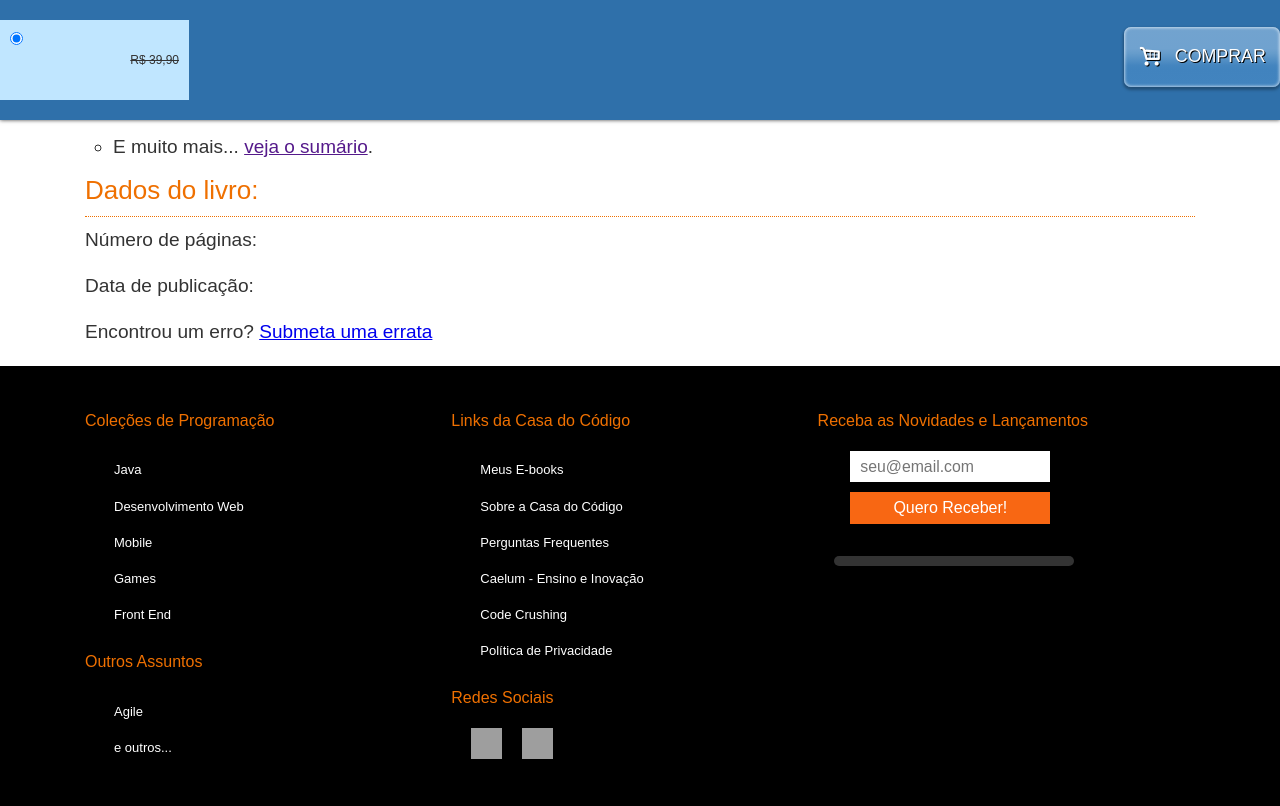
Repository: BrunoMreis/Spring-MVC-I-Criando-aplica-es-web
Page: http://localhost/casadocodigo/WEB-INF/views/produtos/detalhes.jsp
These files come from the project's save history. The page is drawn as it stood at one moment and after the next save; the edit follows.
The browser window is 1280 px wide. The pictures show the part of the page from y = 606 to 1412 px (the page is 1412 px tall before and 1406 px after).
Pictures or frames that could not be fetched are drawn as grey boxes. Some web fonts or font styles are not loaded; a fallback is used. The page is served by Tomcat 9. Nobody is signed in. Other server files are loaded and not shown. The template is opened directly, without the code that normally fills it, so the values that code supplies are empty.

Above is the page before, as saved 2020-08-18 12:24:20.

### casadocodigo/src/main/webapp/WEB-INF/views/produtos/detalhes.jsp
<%@ page language="java" contentType="text/html; charset=UTF-8" pageEncoding="UTF-8"%>


<!DOCTYPE html>
<html>

<head>
<c:url value="/" var="contextPath" />
<meta charset="utf-8" />
<meta http-equiv="X-UA-Compatible" content="IE=edge,chrome=1" />
<meta name="viewport"
	content="width=device-width, initial-scale=1, maximum-scale=1" />
<link rel="icon"
	href="//cdn.shopify.com/s/files/1/0155/7645/t/177/assets/favicon.ico?11981592617154272979"
	type="image/ico" />
<link href="https://plus.googlecom/108540024862647200608"
	rel="publisher" />

<title>Livros de Java, SOA, Android, iPhone, Ruby on Rails e
	muito mais - Casa do Código</title>

<link href="${contextPath}resources/css/cssbase-min.css"
	rel="stylesheet" type="text/css" media="all" />
<link href='http://fonts.googleapis.com/css?family=Droid+Sans:400,700'
	rel='stylesheet' />
<link href="${contextPath}resources/css/fonts.css" rel="stylesheet"
	type="text/css" media="all" />
<link href="${contextPath}resources/css/fontello-ie7.css"
	rel="stylesheet" type="text/css" media="all" />
<link href="${contextPath}resources/css/fontello-embedded.css"
	rel="stylesheet" type="text/css" media="all" />
<link href="${contextPath}resources/css/fontello.css" rel="stylesheet"
	type="text/css" media="all" />
<link href="${contextPath}resources/css/style.css" rel="stylesheet"
	type="text/css" media="all" />
<link href="${contextPath}resources/css/layout-colors.css"
	rel="stylesheet" type="text/css" media="all" />
<link href="${contextPath}resources/css/responsive-style.css"
	rel="stylesheet" type="text/css" media="all" />
<link href="${contextPath}resources/css/guia-do-programador-style.css"
	rel="stylesheet" type="text/css" media="all" />
<link href="${contextPath}resources/css/produtos.css" rel="stylesheet"
	type="text/css" media="all" />
<link rel="canonical" href="http://www.casadocodigo.com.br/" />
</head>

<body>

	<header id="layout-header">
		<div class="clearfix container">
			<a href="/" id="logo"> </a>
			<div id="header-content">
				<nav id="main-nav">

					<ul class="clearfix">
						<li><a href="/cart" rel="nofollow">Carrinho</a></li>
						<li><a href="/pages/sobre-a-casa-do-codigo" rel="nofollow">Sobre
								Nós</a></li>
						<li><a href="/pages/perguntas-frequentes" rel="nofollow">Perguntas
								Frequentes</a></li>
					</ul>
				</nav>
			</div>
		</div>
	</header>
	<nav class="categories-nav">
		<ul class="container">
			<li class="category"><a href="http://www.casadocodigo.com.br">Home</a></li>
			<li class="category"><a href="/collections/livros-de-agile">
					Agile </a></li>
			<li class="category"><a href="/collections/livros-de-front-end">
					Front End </a></li>
			<li class="category"><a href="/collections/livros-de-games">
					Games </a></li>
			<li class="category"><a href="/collections/livros-de-java">
					Java </a></li>
			<li class="category"><a href="/collections/livros-de-mobile">
					Mobile </a></li>
			<li class="category"><a
				href="/collections/livros-desenvolvimento-web"> Web </a></li>
			<li class="category"><a href="/collections/outros"> Outros </a></li>
		</ul>
	</nav>

	<article id="livro-css-eficiente">
		<header id="product-highlight" class="clearfix">
			<div id="product-overview" class="container">
				<img width="280px" height="395px"
					src="http://cdn.shopify.com/s/files/1/0155/7645/products/css-eficiente-featured_large.png?v=1435245145"
					class="product-featured-image" />
				<h1 class="product-title">${produto.titulo}</h1>
				<p class="product-author">
					<span class="product-author-link"> </span>
				</p>
				<p class="book-description">${produto.descricao }</p>
			</div>
		</header>

		<section class="buy-options clearfix">
			<form:form action="/carrinho/add" method="post" class="container">
				<input type="hidden" value="${produto.id}" name="produtoId">
				<ul id="variants" class="clearfix">


				 	<c:forEach items="${produto.precos}" var="preco" >
						<li class="buy-option">
							<input type="radio" name="tipoPreco"
							class="variant-radio" id="tipoPreco" value="${preco.tipo}"
							checked="checked" />
							<label class="variant-label">${preco.tipo}</label>
							<small class="compare-at-price">R$ 39,90</small>
							<p class="variant-price">${preco.valor}</p>
						</li>
					</c:forEach>


				</ul>
				<button type="submit" class="submit-image icon-basket-alt"
					title="Compre Agora AQUI ${preco.titulo}"></button>
			</form:form>
		</section>

		<div class="container">
			<section class="summary">
				<ul>
					<li>
						<h3>
							E muito mais... <a href='${produto.sumarioPath }'>veja o sumário</a>.
						</h3>
					</li>
				</ul>
			</section>

			<section class="data product-detail">
				<h2 class="section-title">Dados do livro:</h2>
				<p>
					Número de páginas: <span>${produto.paginas }</span>
				</p>
				<p></p>
				<p>Data de publicação: ${produto.dataDeLancamento }</p>
				<p>
					Encontrou um erro? <a href='/submissao-errata' target='_blank'>Submeta
						uma errata</a>
				</p>
			</section>
		</div>
	</article>

	<footer id="layout-footer">
		<div class="clearfix container">

			<div id="collections-footer">
				<!-- cdc-footer -->
				<p class="footer-title">Coleções de Programação</p>
				<ul class="footer-text-links">
					<li><a href="/collections/livros-de-java">Java</a></li>
					<li><a href="/collections/livros-desenvolvimento-web">Desenvolvimento
							Web</a></li>
					<li><a href="/collections/livros-de-mobile">Mobile</a></li>
					<li><a href="/collections/games">Games</a></li>
					<li><a href="/collections/livros-de-front-end">Front End</a></li>
				</ul>
				<p class="footer-title">Outros Assuntos</p>
				<ul class="footer-text-links">
					<li><a href="/collections/livros-de-agile">Agile</a></li>
					<li><a href="/collections/outros">e outros...</a></li>
				</ul>
			</div>
			<div id="social-footer">
				<!-- books-footer -->
				<p class="footer-title">Links da Casa do Código</p>
				<ul class="footer-text-links">
					<li><a href="http://livros.casadocodigo.com.br" rel="nofollow">Meus
							E-books</a></li>
					<li><a href="/pages/sobre-a-casa-do-codigo">Sobre a Casa
							do Código</a></li>
					<li><a href="/pages/perguntas-frequentes">Perguntas
							Frequentes</a></li>
					<li><a href="https://www.caelum.com.br">Caelum - Ensino e
							Inovação</a></li>
					<li><a href="http://www.codecrushing.com/" rel="nofollow">Code
							Crushing</a></li>
					<li><a
						href="http://www.casadocodigo.com.br/pages/politica-de-privacidade"
						rel="nofollow">Política de Privacidade</a></li>
				</ul>
				<p class="footer-title">Redes Sociais</p>
				<ul>
					<li class="social-links"><a
						href="http://www.twitter.com/casadocodigo" target="_blank"
						id="twitter" rel="nofollow">Facebook</a> <a
						href="http://www.facebook.com/casadocodigo" target="_blank"
						id="facebook" rel="nofollow">Twitter</a></li>
				</ul>
			</div>
			<div id="newsletter-footer">
				<!-- social-footer -->
				<p class="footer-title">Receba as Novidades e Lançamentos</p>
				<div id="form-newsletter">
					<form action="" method="POST" id="ss-form" class="form-newsletter">
						<ul>
							<li><input type="hidden" name="pageNumber" value="0" /><input
								type="hidden" name="backupCache" value="" /><input type="email"
								name="entry.0.single" value="" class="ss-q-short" id="entry_0"
								placeholder="seu@email.com" /></li>
							<li><input type="submit" name="submit"
								value="Quero Receber!" id="submit-newsletter" /></li>
						</ul>
					</form>
					<ul>
						<li class="ie8"><a href="" rel="nofollow">Receba as
								Novidades e Lançamentos</a></li>
					</ul>
				</div>
				<ul class="footer-payments">
					<li></li>
					<li></li>
				</ul>
			</div>
		</div>
	</footer>
</body>

</html>

### casadocodigo/src/main/webapp/resources/css/fontello.css
@font-face {
  font-family: 'fontello';
  src: url('fontello.eot?3398089');
  src: url('fontello.eot?3398089#iefix') format('embedded-opentype'),
       url('fontello.woff?3398089') format('woff'),
       url('fontello.ttf?3398089') format('truetype'),
       url('fontello.svg?3398089#fontello') format('svg');
  font-weight: normal;
  font-style: normal;
}
/* Chrome hack: SVG is rendered more smooth in Windozze. 100% magic, uncomment if you need it. */
/* Note, that will break hinting! In other OS-es font will be not as sharp as it could be */
/*
@media screen and (-webkit-min-device-pixel-ratio:0) {
  @font-face {
    font-family: 'fontello';
    src: url('../font/fontello.svg?3398089#fontello') format('svg');
  }
}
*/

 [class^="icon-"]:before, [class*=" icon-"]:before {
  font-family: "fontello";
  font-style: normal;
  font-weight: normal;
  speak: none;

  display: inline-block;
  text-decoration: inherit;
  width: 1em;
  margin-right: .2em;
  text-align: center;
  /* opacity: .8; */

  /* For safety - reset parent styles, that can break glyph codes*/
  font-variant: normal;
  text-transform: none;

  /* fix buttons height, for twitter bootstrap */
  line-height: 1em;

  /* Animation center compensation - margins should be symmetric */
  /* remove if not needed */
  margin-left: .2em;

  /* you can be more comfortable with increased icons size */
  /* font-size: 120%; */

  /* Uncomment for 3D effect */
  /* text-shadow: 1px 1px 1px rgba(127, 127, 127, 0.3); */
}

.icon-basket-alt:before { content: '\e800'; } /* '' */

### casadocodigo/src/main/webapp/resources/css/layout-colors.css
html {
  color: #333333;
}

#logo {
  background: url('/casadocodigo/resources/imagens/cdc-logo.svg') no-repeat;
  background-size: 210px 61px;
  background-position: center;
  margin: 0;
  display: block;
  width: 210px;
  height: 66px;
  padding: 11px 0;
}

#layout-header {
  background: #000;
}

#submit-product-newsletter{
  background-color: #000;
}
#main-nav ul li:hover {
  border-bottom: 7px solid #EF7000;
}
#main-nav ul li a:link,
#main-nav ul li a:visited {
  color: #F5F5F5;
}

#main-nav ul li a:hover,
#main-nav ul li a:active {
  color: rgb(220);
}

.categories-nav {
  background-color: #584534;
}
.category > a {
    color: #FFF;
}

.category > a:hover {
    background-color: rgba(255,255,255,0.15); /*LEVE CLAREAMENTO*/
    border-radius: 5px;
}

#home-highlight-collection li a h2 {
  color: #EF7000;
}
#home-highlight-collection li a:hover h2 {
  color: #EF7502;
}

#home-highlight-collection li a small {
  color: #FFF;
  background-color: #FB7B00;
}
#home-highlight-collection li a:hover small {
  background-color: #EF7502;
}

.cdc-call {
  background-color: #FDECD3;
  color: #F07D22;
}

.book-collection li a h2 {
  color: #EF7000;
}

.book-collection li a:hover h2{
    color: #EF7502;
}

.book-collection li a small {
  color: #FFF;
  background: #EF7000;
}

.book-collection li a:hover small{
  background-color: #EF7502;
}

#cdc-diferenciais li h3 {
  color: #EF7000;
}

#submit-newsletter {
  background-color: #F86713;
  color: white;
}

#submit-newsletter:hover {
  background-color: #EF7000;
  color: white;
}

#collection-title {
  background-color: rgba(0,0,0,0.5); /*DROP SHADOW*/
  color: #F58220;
}

#collection li {
  border-bottom: 1px dotted #CCC;
}

.section-title {
  border-bottom: 1px dotted #EF7000;
  color: #EF7000;
}

#layout-footer {
  background: #000;
  color: #FFF;
}

#layout-footer a {
  color: #FFF;
}

.footer-title {
  color: #EF7000;
}

.footer-payments {
  background-color: rgba(255,255,255,0.2);
}

.footer-text-links li a:hover {
  background: rgba(255,255,255,0.3); /*LEVE CLAREAMENTO*/
}

#cart-title {
  border-bottom: 1px dotted #EF7000;
  color: #EF7000;
}

#checkout{
  text-decoration: bold;
  color: #FFF;
  text-shadow: none;/*1px 3px #295408; /*ORIGINAL #A74E00*/
  border: 2px solid #FBBD87;
  background-image: url('//cdn.shopify.com/s/files/1/0155/7645/t/177/assets/carrinho.png?12627631472548691746'), #F4994A; /* Old browsers */
  background-image: url('//cdn.shopify.com/s/files/1/0155/7645/t/177/assets/carrinho.png?12627631472548691746'), -moz-linear-gradient(top, #F4994A 0%, #EF7000 100%); /* FF3.6+ */
  background-image: url('//cdn.shopify.com/s/files/1/0155/7645/t/177/assets/carrinho.png?12627631472548691746'), -webkit-gradient(linear, left top, left bottom, color-stop(0%,#F4994A), color-stop(100%,#EF7000)); /* Chrome,Safari4+ */
  background-image: url('//cdn.shopify.com/s/files/1/0155/7645/t/177/assets/carrinho.png?12627631472548691746'), -webkit-linear-gradient(top, #F4994A 0%,#EF7000 100%); /* Chrome10+,Safari5.1+ */
  background-image: url('//cdn.shopify.com/s/files/1/0155/7645/t/177/assets/carrinho.png?12627631472548691746'), -o-linear-gradient(top, #F4994A 0%,#EF7000 100%); /* Opera 11.10+ */
  background-image: url('//cdn.shopify.com/s/files/1/0155/7645/t/177/assets/carrinho.png?12627631472548691746'), -ms-linear-gradient(top, #F4994A 0%,#EF7000 100%); /* IE10+ */
  background-image: url('//cdn.shopify.com/s/files/1/0155/7645/t/177/assets/carrinho.png?12627631472548691746'), linear-gradient(to bottom, #F4994A 0%,#EF7000 100%); /* W3C */
  filter: progid:DXImageTransform.Microsoft.gradient( startColorstr='#F4994A', endColorstr='#EF7000',GradientType=0 ); /* IE6-9 */
}

#customer-area a:link,
#customer-area a:visited {
  color: rgb(204,153,0); /*ORIGINAL #CC9900*/
}

#customer-area a:hover {
  color: rgb(255,204,51); /*ORIGINAL #FFCC33*/
  text-shadow: 0 0 2px rgb(255,204,51); /*ORIGINAL #FFCC33*/
}

#customer-area a:active {
  color: rgb(255,204,51); /*ORIGINAL #FFCC33*/
  text-shadow: 0 0 3px rgb(255,255,102);
}

#collection li a small {
  background: rgb(245,245,245);
}

#collection li a h3 {
  color: rgb(239,112,0);
}

#collection li a:link,
#collection li a:visited {
  color: rgb(51,51,51);
}

#collection li a:hover,
#collection li a:active {
  background: rgb(245,245,245);
}

#collection li a:hover small,
#collection li a:active small {
  background: rgb(239,112,0);
  color: rgb(255,255,255);
}

#collection li a:hover p,
#collection li a:active p {
  color: rgb(102,102,102);
}

#buying-instructions {
  background-color:#f9e8d9;
}

#cart-table thead {
  background: rgb(220,220,220);
}

#cart-table tr {
  border-bottom: #CCC 1px solid;
}

.item-price-col,
.line-price-col {
  background: rgb(245,245,245);
}

.update-cart {
  color: white;
}

#search-title {
  border-bottom: 1px dotted rgb(239,112,0);
  color: rgb(239,112,0);
}

#search-input {
  border: 1px solid rgb(153,153,153);
}

#search-input:focus {
  border: 1px solid rgb(255,255,102);
  box-shadow: 0 0 3px rgb(255,204,51);
}

@media only screen and (max-width: 768px) {
  #main-nav ul li {
    background: #000; /*ORIGINAL #000000*/
  }

  #main-nav ul li a:link,
  #main-nav ul li a:visited {
    /*color: #FFFFFF; /*CRIADO  */
  }
}

### casadocodigo/src/main/webapp/resources/css/guia-do-programador-style.css




#product-highlight {
  color: #2F70AA;
}

.product-title {
  text-shadow: -1px -1px #21527F,
               1px 1px rgb(255,255,255);
}

.product-author span {
  color: #2F70AA;
}

.buy-options {
  background: #2F70AA;
}

.buy-option {
  background: #C0E6FF;
}

.variant-price {
  color: #2F70AA;
}

.frete {
  color: #2F70AA;
}

.submit-image {
    background: #6da1cd; /* Old browsers */
    background: -moz-linear-gradient(top, #6da1cd 0%, #72a3cf 2%, #70a2cf 36%, #669ccb 44%, #4485bf 64%, #4183be 70%, #4284bf 100%); /* FF3.6+ */
    background: -webkit-gradient(linear, left top, left bottom, color-stop(0%,#6da1cd), color-stop(2%,#72a3cf), color-stop(36%,#70a2cf), color-stop(44%,#669ccb), color-stop(64%,#4485bf), color-stop(70%,#4183be), color-stop(100%,#4284bf)); /* Chrome,Safari4+ */
    background: -webkit-linear-gradient(top, #6da1cd 0%,#72a3cf 2%,#70a2cf 36%,#669ccb 44%,#4485bf 64%,#4183be 70%,#4284bf 100%); /* Chrome10+,Safari5.1+ */
    background: -o-linear-gradient(top, #6da1cd 0%,#72a3cf 2%,#70a2cf 36%,#669ccb 44%,#4485bf 64%,#4183be 70%,#4284bf 100%); /* Opera 11.10+ */
    background: -ms-linear-gradient(top, #6da1cd 0%,#72a3cf 2%,#70a2cf 36%,#669ccb 44%,#4485bf 64%,#4183be 70%,#4284bf 100%); /* IE10+ */
    background: linear-gradient(to bottom, #6da1cd 0%,#72a3cf 2%,#70a2cf 36%,#669ccb 44%,#4485bf 64%,#4183be 70%,#4284bf 100%); /* W3C */
    filter: progid:DXImageTransform.Microsoft.gradient( startColorstr='#6da1cd', endColorstr='#4284bf',GradientType=0 ); /* IE6-9 */
}

### casadocodigo/src/main/webapp/resources/css/produtos.css

/* Product */
#product-highlight {
  padding: 30px 0;
  background: url(//cdn.shopify.com/s/files/1/0155/7645/t/177/assets/tx.jpg?3271957760590208736);

}

.product-featured-image {
  box-shadow: 0 4px 10px -4px rgba(0,0,0,.75);
  float: left;
  margin-right: 30px;
  width: 280px;
}

.product-title {
  font: bold 50px "Museo", Sans-serif;
  margin: 0;
}

.product-author {
  font: 22px "Museo", Sans-serif;
  text-shadow: 1px 1px rgb(255,255,255);
}

.beta-book {
    font-style:italic;
}

.book-description {
    white-space: pre-line;
    color: #000;
}

/* Prices Area */

.buy-options {
  box-shadow: 0 0 4px rgba(0,0,0,.75);
  text-align: center;
}

.buy-options h2{
  color: black;
}

.form-product-unavailable input{
  text-align: center;
}

#form-product-newsletter {
  margin-top: -1%;
}

#form-product-newsletter input{
  width: 69%;
  padding: 1% 0%;
  border:0;
  max-width: 200px;
  font-family: 'Droid Sans', Arial, sans-serif;
  border:0;
}

#form-product-newsletter input + input{
  margin-left: 2%;
}

#submit-product-newsletter{
  padding: 10px 5px;
  color: white;
  font-size: 16px;
  width: 70%;
  max-width: 200px;
  margin-top: 10px;
  margin-bottom: 10px;
  font-family: 'Droid Sans', Arial, sans-serif;
}

#variants {
  float: left;
  display: inline-block;
  margin: 0 20px 0 0;
  padding: 0;
  list-style: none;
}

.variant-radio {
  margin-right: 5px;
}

.variant-label {
  font-weight: bold;
  font-size:130%;
}

.compare-at-price{
	display: block;
	position: absolute;
	bottom: 32px;
	right: 10px;
	font-size: 9pt;
	text-decoration: line-through;
}

.variant-price{
	font: bold 147% "Museo",Sans-serif;
	margin: 0px;
	right:10px;
	bottom:10px;
	position: absolute;
	clear: right;
}

.frete{
  font-size:10px;
}

.buy-option{
    display: inline-block;
    text-align: left;
    position: relative;
    height: 60px;
    margin: 20px 0px 20px 20px;
    width: 169px;
    padding: 10px;
    vertical-align: middle;
}

.buy-option:first-child{
    margin: 20px 0;
}

.submit-image{
    border:0;
    font-size: 1.37em;
    cursor: pointer;
    display: inline-block;
    padding: 1em .5em;
    float: right;
    text-transform: uppercase;
    margin-top: 27px;
    margin-bottom: 27px;
    font-family: inherit;
    border-radius: 7px;
    color: white;
    box-shadow: 0px 2px 3px 1px rgba(0, 0, 0, 0.3), inset 0px 0px 3px 1px rgba(255,255,255,0.6);
    text-shadow: 1px 1px 0px black;
}

.submit-image:before {
    margin-right: .5em;
    font-size: 1.4em;
    vertical-align: middle;
}

.submit-image:after {
    content: "Comprar";
    margin-right: 0.3em;
    vertical-align: middle;
}

/* Book Data */
.summary-call {
  clear: left;
  padding-top: 20px;
  width: 100%;
  margin: 20px auto;
}

.summary {
  -moz-column-count: 2;
  -moz-column-gap: 1.5em;
  -moz-column-rule: none;
  -webkit-column-count: 2;
  -webkit-column-gap: 1.5em;
  -webkit-column-rule: none;
  column-count: 2;
  column-gap: 1.5em;
  column-rule: none;
  clear: both;
  width: 80%;
  float: left;
  margin: 10px auto;
  font-size: 14px;
  line-height: 1.8;
}

.summary ul{
  margin-top: 0;
}

.summary h3{
  margin: 0;
  font-size: 100%
}

.summary ul li {
  list-style: circle;
  font-size:136%;
}

.product-detail{
    clear: both;
}

.product-detail p{
    width: 80%;
}

.author img{
	margin-right:5px;
	margin-bottom:10px;
}

.summary div{
	width:95%;
	float:left;
}

.summary div:not(:last-child){
    margin-right:40px;
}

.data {
	margin-bottom:20px;
}

@media only screen and (max-width: 1024px){
    .summary{
        width: 100%;
    }

    .product-detail p{
        width: 100%;
    }
}

@media only screen and (max-width: 830px){

    #variants{
        float:none;
        margin: 0;
    }

    .submit-image{
        float: none;
        vertical-align: middle;
        margin: 0 20px 20px;
    }
}

@media only screen and (max-width: 642px){

    #product-overview{
        text-align: center;
    }

    .summary{
        column-count: 1;
        -webkit-column-count: 1;
        -moz-column-count: 1;
    }

    #product-overview img{
        float: none;
        margin: 0 0 2em 0;
    }

    #variants{
        margin: 20px 0 17px;
    }

    .buy-option, .buy-option:first-child{
        margin: 0 0 3px;
    }

}

@media only screen and (max-width: 450px){
  .product-title{
    font: bold 35px "Museo", Sans-serif;
  }
}

Loaded but not shown: casadocodigo/src/main/webapp/resources/css/cssbase-min.css (common file); casadocodigo/src/main/webapp/resources/css/fonts.css (common file); casadocodigo/src/main/webapp/resources/css/fontello-ie7.css (common file); casadocodigo/src/main/webapp/resources/imagens/cdc-logo.svg (201 lines, source omitted); casadocodigo/src/main/webapp/resources/css/fontello-embedded.css (55 lines, source omitted); casadocodigo/src/main/webapp/resources/css/style.css (667 lines, source omitted); casadocodigo/src/main/webapp/resources/css/responsive-style.css (415 lines, source omitted)

After the next save:
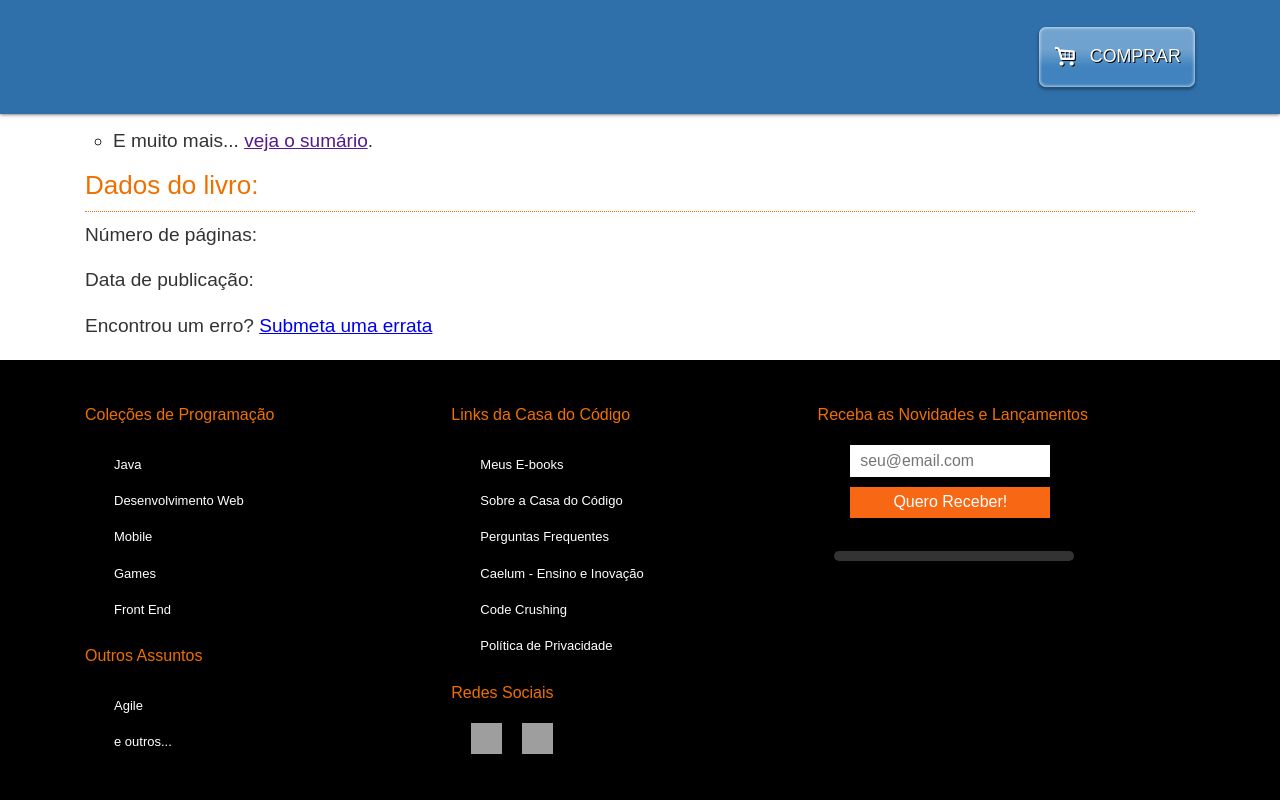
Saved 3 min 23 s later.
--- a/casadocodigo/src/main/webapp/WEB-INF/views/produtos/detalhes.jsp
+++ b/casadocodigo/src/main/webapp/WEB-INF/views/produtos/detalhes.jsp
@@ -1,5 +1,7 @@
 <%@ page language="java" contentType="text/html; charset=UTF-8" pageEncoding="UTF-8"%>
-
+<%@ taglib uri="http://java.sun.com/jsp/jstl/core" prefix="c"%>
+<%@ taglib uri="http://www.springframework.org/tags" prefix="s"%>
+<%@ taglib uri="http://www.springframework.org/tags/form" prefix="form"%>
 
 <!DOCTYPE html>
 <html>
